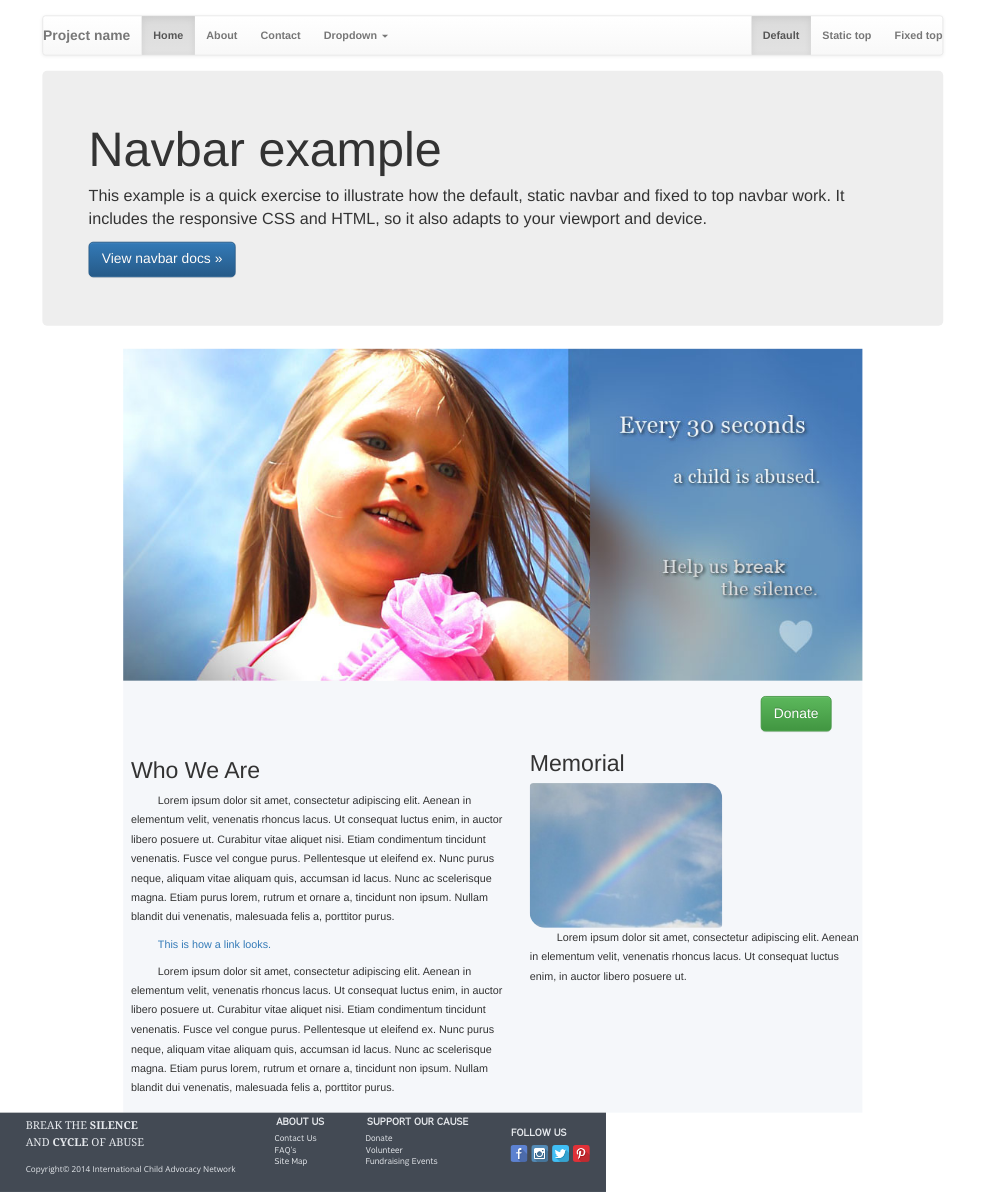
Repository: Rob21789/Yes-I-Can
Page: index.html
The author's editor kept a record of every edit. The page is drawn from the files as they stood at one moment, then again after the next edit.
The browser window is 1280 px wide. The pictures show the whole page, at 77% of full size.
Some web fonts or font styles are not loaded; a fallback is used. Some web libraries are served in a nearby version.

Above is the page before.
Not found: assets/js/ie-emulation-modes-warning.js
Not found: assets/js/ie10-viewport-bug-workaround.js

After the next edit:
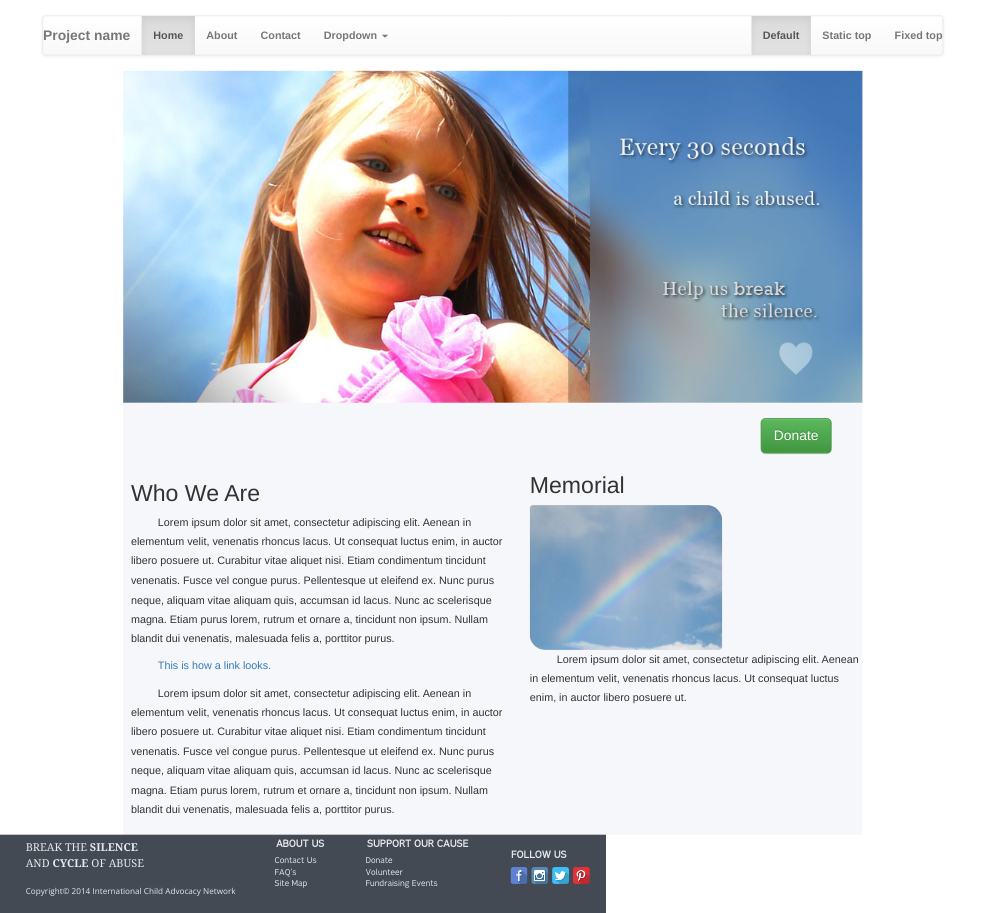
The edit:
--- a/index.html
+++ b/index.html
@@ -73,16 +73,6 @@
           </div><!--/.nav-collapse -->
         </div><!--/.container-fluid -->
       </nav>
-
-      <!-- Main component for a primary marketing message or call to action -->
-      <div class="jumbotron">
-        <h1>Navbar example</h1>
-        <p>This example is a quick exercise to illustrate how the default, static navbar and fixed to top navbar work. It includes the responsive CSS and HTML, so it also adapts to your viewport and device.</p>
-        <p>
-          <a class="btn btn-lg btn-primary" href="../../components/#navbar" role="button">View navbar docs &raquo;</a>
-        </p>
-      </div>
-
     </div> <!-- /container -->
 
 
